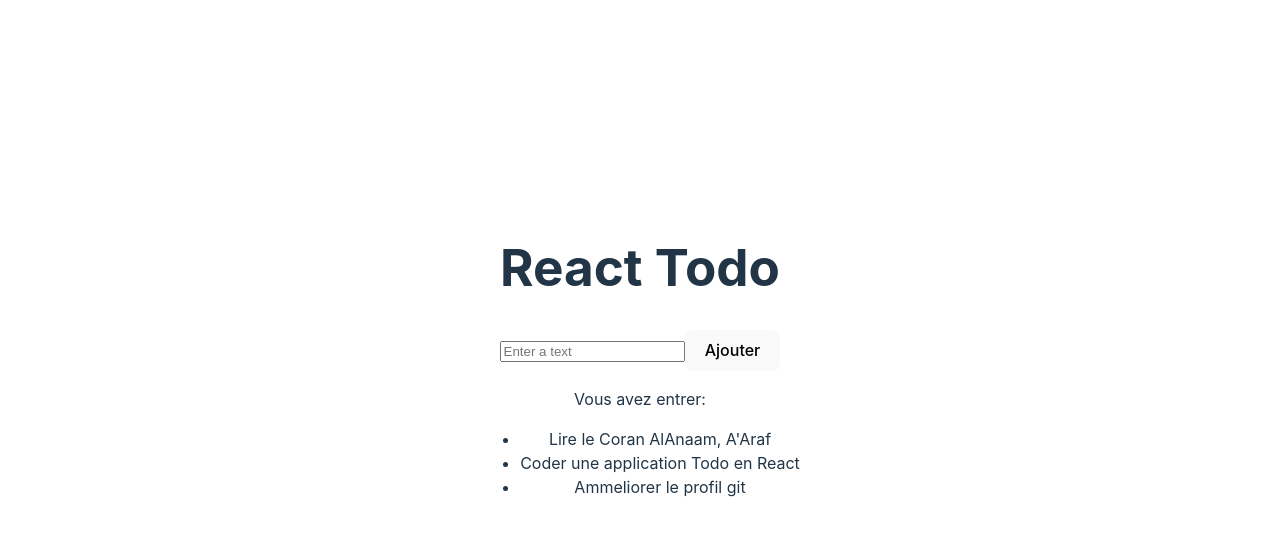
Repository: feyroozecode/React-Todo
Page: /
The author's editor kept a copy of each file at every save. The page is drawn from the files as they stood at one save, then again after the next save.
The browser window is 1280 px wide. The pictures show the whole page.
The project was rebuilt for these pictures with package versions that can differ from the ones it lists, and the page was loaded fresh each time. Also part of the build but not shown: vite.config.js.

Above is the page before, as saved 2023-09-21 10:51:20.

### src/App.jsx
import { useState } from 'react'

import './App.css'

export default function App() {

  const initialList = [
      'Lire le Coran AlAnaam, A\'Araf ' ,
      'Coder une application Todo en React',
      'Ammeliorer le profil git '
    ]

  const [todos, setTodos] = useState(initialList)
  const [input, setInput] = useState('')

  const handleInputChange = (e) =>  {
    setInput(e.target.value)
  }

  function handleAdd() {
    const item = todos.concat({ input })

    setTodos(item)
  }

  return (
    <>
      <div>
        <center> <h1> React Todo </h1> </center>
      </div>

      <div>
        <input
            type="text"
            placeholder='Enter a text'
            value={input}
            onChange={handleInputChange}
            />
        <button
          onClick={handleAdd}
          type='button'
          >Ajouter</button>
         <p>
           Vous avez entrer: <strong> { input } </strong>
          </p>

      </div>

     <ul>
      {
        todos.map(((item, index) => (
          <li key={index}> { item } </li>
        )))
      }
     </ul>

    </>
  )
}

Loaded but not shown: index.html (common file); src/main.jsx (common file); src/index.css (common file); src/App.css (common file)

After the next save:
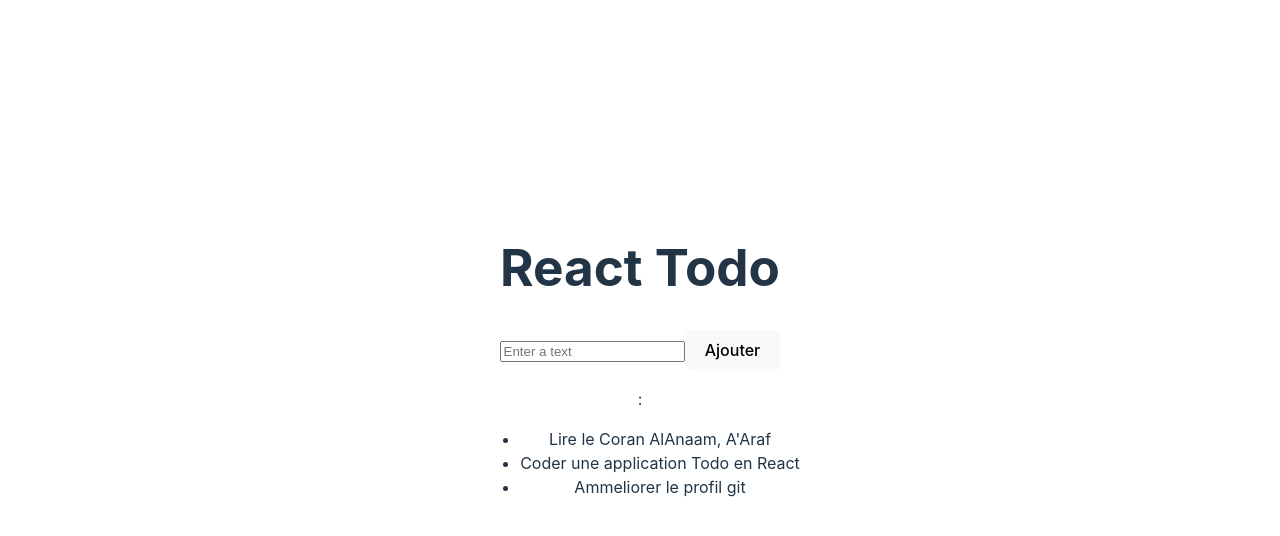
Saved 22 s later.
--- a/src/App.jsx
+++ b/src/App.jsx
@@ -41,7 +41,7 @@
           type='button'
           >Ajouter</button>
          <p>
-           Vous avez entrer: <strong> { input } </strong>
+          : <strong> { input } </strong>
           </p>
 
       </div>
